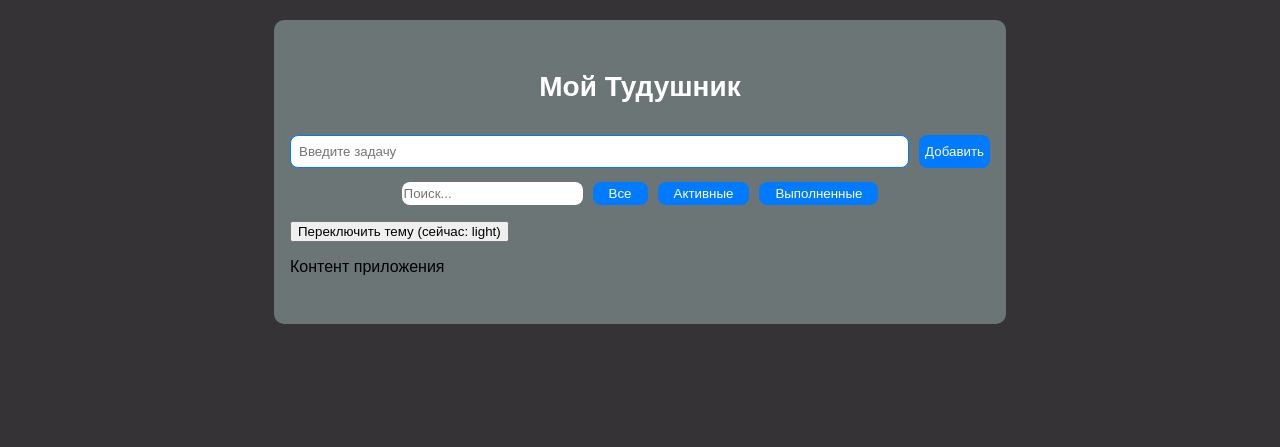
Repository: AlekCawka/-todo-project
Page: /
An editor plug-in stored every save of this project. The page is shown before and after the next save, followed by the edit.
The browser window is 1280 px wide. The pictures show the whole page.
The project was rebuilt for these pictures with package versions that can differ from the ones it lists, and the page was loaded fresh each time. Also part of the build but not shown: vite.config.js.

Above is the page before, as saved 2025-08-12 17:17:17.

After the next save:
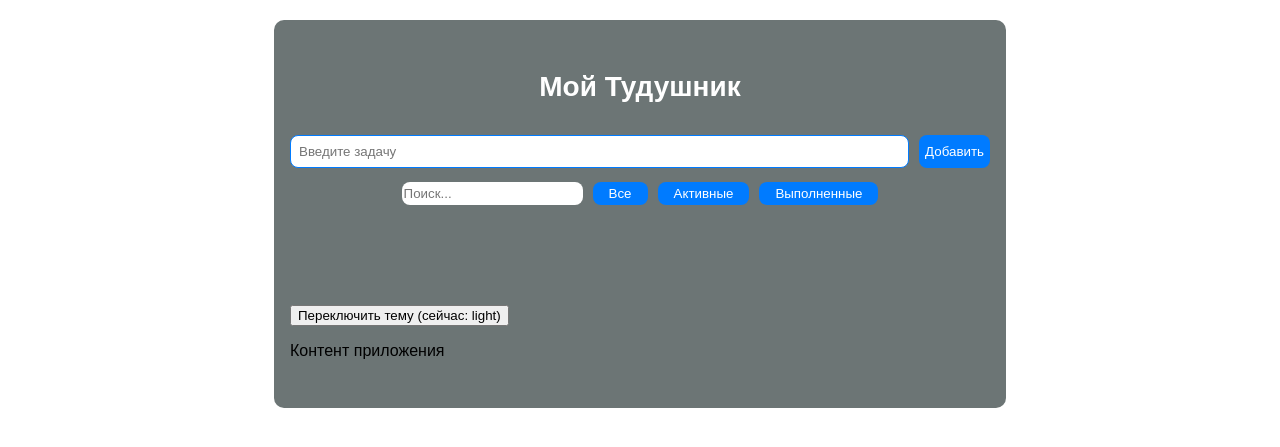
Saved 60 s later.
--- a/src/App.jsx
+++ b/src/App.jsx
@@ -3,6 +3,7 @@ import { useTodos } from './hooks/useTodos';
 import { getStoredTheme, saveTheme, applyTheme } from './components/untils/theme';
 
 import './App.css';
+import './index.css';
 
 const App = () => {
   const { todos, addTodo, deleteTodo, updateTodo, toggleCompleted } = useTodos();
